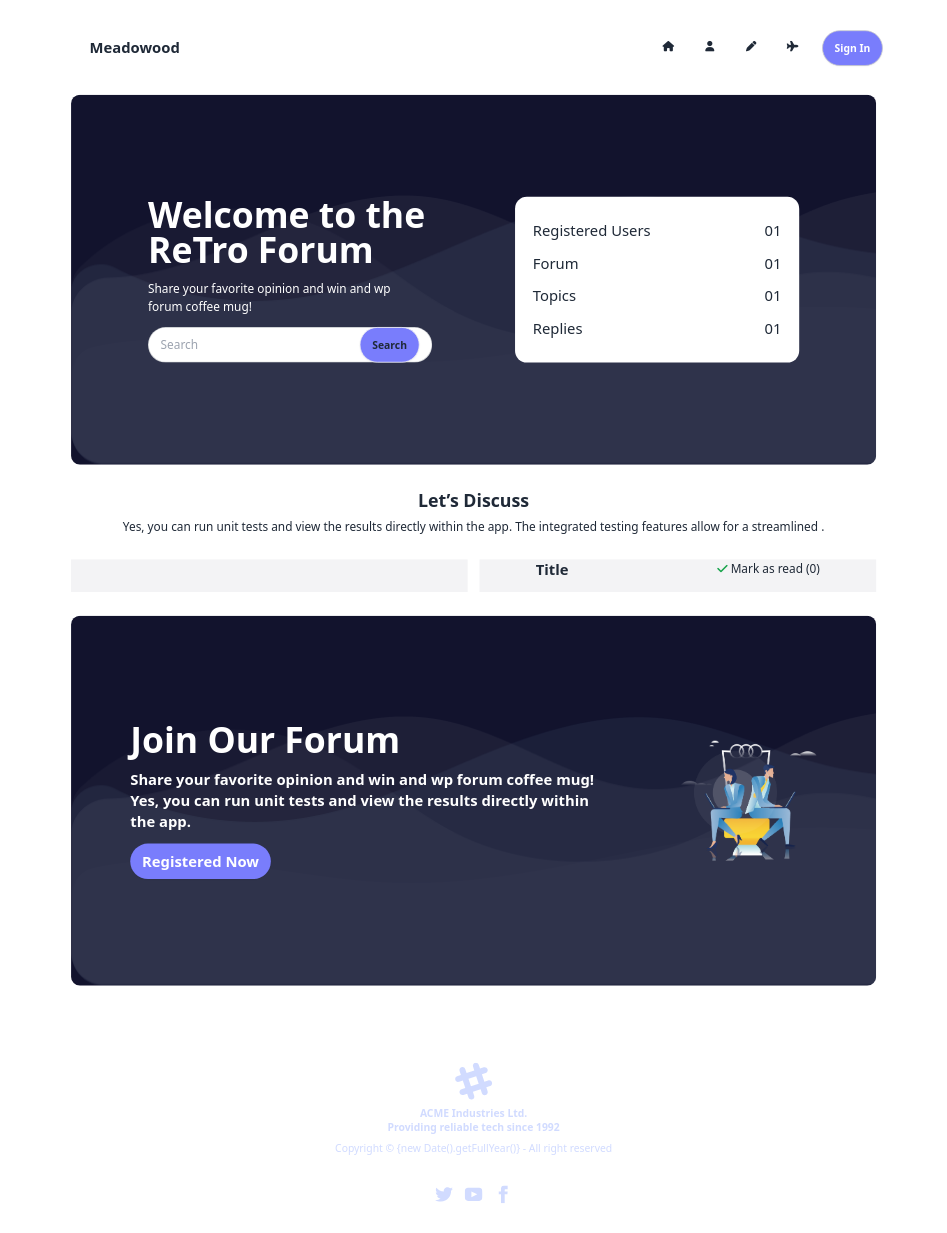
Repository: RudrasahaDibos/Meadowood-Forum
Page: index.html
An editor plug-in stored every save of this project. The page is shown before and after the next save, followed by the edit.
The browser window is 1280 px wide. The pictures show the whole page, at 74% of full size.
The page's requests for data from a server got no answer. Some web libraries are served in a nearby version.

Above is the page before, as saved 2024-11-25 11:12:47.

### index.html
<!DOCTYPE html>
<html lang="en">
    <head>
        <meta charset="UTF-8">
        <meta name="viewport" content="width=device-width, initial-scale=1.0">
        <title>Meadowood Forum</title>

        <!-- tailwind  -->
        <link
            href="https://cdn.jsdelivr.net/npm/daisyui@4.12.14/dist/full.min.css"
            rel="stylesheet" type="text/css" />
        <script src="https://cdn.tailwindcss.com"></script>

        <!-- font awesome  -->
        <link rel="stylesheet"
            href="https://cdnjs.cloudflare.com/ajax/libs/font-awesome/6.7.1/css/all.min.css"
            integrity="sha512-5Hs3dF2AEPkpNAR7UiOHba+lRSJNeM2ECkwxUIxC1Q/FLycGTbNapWXB4tP889k5T5Ju8fs4b1P5z/iB4nMfSQ=="
            crossorigin="anonymous" referrerpolicy="no-referrer" />

    </head>
    <body >
        <!-- header is start here  -->
        <header class="mt-8 container mx-auto lg:px-24 px-8">
            <!-- navbar is start here  -->
            <div class="navbar bg-base-100">
                <div class="flex-1">
                    <a class="btn btn-ghost text-xl">Meadowood</a>
                </div>
                <div class="flex-none">
                    <div class="dropdown dropdown-end mr-6">
                        <div role="button"
                            class="btn btn-ghost btn-circle flex w-full  ">
                            <div
                                class="indicator rounded-full border-1 h-8 w-8 mr-4 tooltip"
                                data-tip="home">
                                <i
                                    class="fa-solid fa-house h-5 w-5 mx-auto mt-2"></i>
                            </div>
                            <div
                                class="indicator rounded-full border-1 h-8 w-8 mr-4 tooltip"
                                data-tip="User">
                                <i
                                    class="fa-solid fa-user h-5 w-5 mx-auto mt-2"></i>
                            </div>
                            <div
                                class="indicator rounded-full border-1 h-8 w-8 mr-4 tooltip"
                                data-tip="pen">
                                <i
                                    class="fa-solid fa-pen h-5 w-5 mx-auto mt-2"></i>
                            </div>
                            <div
                                class="indicator rounded-full border-1 h-8 w-8 mr-4 tooltip"
                                data-tip="flight">
                                <i
                                    class="fa-solid fa-plane h-5 w-5 mx-auto mt-2"></i>
                            </div>
                        </div>

                    </div>
                    <div class="dropdown dropdown-end">
                        <div tabindex="0" role="button"
                            class="btn btn-ghost btn-circle avatar">

                            <button
                                class="btn btn-active bg-[#797DFC] text-white rounded-full ">Sign
                                In</button>

                        </div>
                        <ul
                            tabindex="0"
                            class="menu menu-sm dropdown-content bg-base-100 rounded-box z-[1] mt-3 w-52 p-2 shadow">
                            <li>
                                <a class="justify-between">
                                    Profile
                                    <span class="badge">New</span>
                                </a>
                            </li>
                            <li><a>Settings</a></li>
                            <li><a>Logout</a></li>
                        </ul>
                    </div>
                </div>
            </div>
            <!-- navbar is  end here  -->

            <!-- bannner start here  -->
            <div
                class="lg:w-full w-[450px] relative bg-no-repeat bg-cover h-[500px] z-0 rounded-xl overflow-hidden mt-8 bg-[#12132D]"
                style="background-image: url('/images/bgbanner.png');">
                <div
                    class="relative top-0 left-0 w-full h-full z-10  flex lg:flex-row flex-col justify-center items-center gap-28 ">

                    <div class="lg:space-y-4 space-y-2 lg:mt-0 mt-20">
                        <h2
                            class="lg:text-5xl text-xl font-extrabold font-manrope text-white">Welcome
                            to the <br> ReTro Forum</h2>
                        <p class="text-white">Share your favorite opinion and
                            win and wp <br> forum coffee mug!</p>
                        <label
                            class="input input-bordered flex items-center gap-2 w-96 rounded-full">
                            <input type="text" class="grow"
                                placeholder="Search" />
                            <button
                                class="btn bg-[#797DFC] rounded-full">Search</button>
                        </label>
                    </div>

                    <div
                        class="menu bg-[#FFFFFF] rounded-box w-96 h-56 lg:mb-0 mb-20">
                        <div class="p-4 space-y-4 mt-2 ">

                            <div class="flex justify-between"><a
                                    class="text-xl ">Registered Users</a><a
                                    class="text-xl ">01</a></div>
                            <div class="flex justify-between"><a
                                    class="text-xl ">Forum</a><a
                                    class="text-xl">01</a></div>
                            <div class="flex justify-between"><a
                                    class="text-xl ">Topics</a><a
                                    class="text-xl">01</a></div>
                            <div class="flex justify-between"><a
                                    class="text-xl ">Replies</a><a
                                    class="text-xl ">01</a></div>
                        </div>
                    </div>

                </div>
            </div>
            <!-- bannner end here  -->

        </header>
        <!-- header is end here  -->

        <!-- main is start here  -->
        <main class="container mx-auto lg:px-24 px-8">
            <!-- Let’s Discuss  starts here  -->
           <div class="ml-4 lg:ml-0">
            <h1 class="text-2xl text-center font-semibold mt-8">Let’s Discuss</h1>
            <p class="text-center mx-auto mt-2 ">Yes, you can run unit tests and view the results directly within
                the app. The integrated testing features allow for a streamlined
                .</p>
           </div>
            <!-- Let’s Discuss start here -->
            <section class="mt-8">
                <!-- card start here -->
                    <div class="flex gap-4 flex-col lg:flex-row  ">
                        <div  id="card-conatiner" class="space-y-4 bg-[#F3F3F5] lg:w-full  w-[450px]  ">


                        </div>

                        <!-- card ends here -->

                        <div class="space-y-4 bg-[#F3F3F5] lg:w-full w-96 flex flex-col  items-center ">
                             <div class="flex gap-4 justify-between w-96">
                                <p class="text-xl font-bold">Title</p>
                                <p ><i class="fa-solid fa-check text-green-600"></i> Mark as read (<span id="mark-read">0</span>)</p>
                             </div>
                            <div id="secondcard-container" class="space-y-4 bg-[#F3F3F5] lg:w-full  w-[450px] ">


                                 <div>

                                 </div>


                              </div>


                        </div>
                    </div>
                    <!-- card end here -->
            </section>

                 <!-- resgistart start here  -->
                       <section class="mt-8">
                        <div
                        class="lg:w-full w-[450px] relative bg-no-repeat bg-cover h-[500px] z-0 rounded-xl overflow-hidden mt-8 bg-[#12132D] p-20"
                        style="background-image: url('/images/bgbanner.png');">
                        <div
                            class="relative top-0 left-0 w-full h-full z-10  flex lg:flex-row flex-col justify-center items-center gap-28 ">

                            <div class="lg:space-y-4 space-y-2 lg:mt-0 mt-24">
                                <h2
                                    class="lg:text-5xl text-xl font-extrabold font-manrope text-white">Join Our Forum</h2>
                                <p class="text-white text-xl font-bold ">Share your favorite opinion and win and wp forum coffee mug! Yes, you can  run unit tests and view the results directly within the app. </p>


                                    <button
                                        class="btn bg-[#797DFC] rounded-full text-white border-none  mx-auto text-xl ">Registered Now</button>

                            </div>

                            <div
                                class="">
                                 <img src="images/joinforum.png" alt="">
                            </div>

                        </div>
                    </div>
                       </section>

                 <!-- registart end here -->

                <!-- latest card  startt here -->
                 <section class="mt-8">

                  <div id="latest-card" class="grid lg:grid-cols-3 grid-cols-1">

                  </div>
                 </section>

                <!-- latest crd end here -->


        </main>
        <!-- main is end here  -->

        <!-- footer is start here  -->
        <footer class="footer footer-center bg- text-primary-content p-10 mt-8">
            <aside>
              <svg
                width="50"
                height="50"
                viewBox="0 0 24 24"
                xmlns="http://www.w3.org/2000/svg"
                fill-rule="evenodd"
                clip-rule="evenodd"
                class="inline-block fill-current">
                <path
                  d="M22.672 15.226l-2.432.811.841 2.515c.33 1.019-.209 2.127-1.23 2.456-1.15.325-2.148-.321-2.463-1.226l-.84-2.518-5.013 1.677.84 2.517c.391 1.203-.434 2.542-1.831 2.542-.88 0-1.601-.564-1.86-1.314l-.842-2.516-2.431.809c-1.135.328-2.145-.317-2.463-1.229-.329-1.018.211-2.127 1.231-2.456l2.432-.809-1.621-4.823-2.432.808c-1.355.384-2.558-.59-2.558-1.839 0-.817.509-1.582 1.327-1.846l2.433-.809-.842-2.515c-.33-1.02.211-2.129 1.232-2.458 1.02-.329 2.13.209 2.461 1.229l.842 2.515 5.011-1.677-.839-2.517c-.403-1.238.484-2.553 1.843-2.553.819 0 1.585.509 1.85 1.326l.841 2.517 2.431-.81c1.02-.33 2.131.211 2.461 1.229.332 1.018-.21 2.126-1.23 2.456l-2.433.809 1.622 4.823 2.433-.809c1.242-.401 2.557.484 2.557 1.838 0 .819-.51 1.583-1.328 1.847m-8.992-6.428l-5.01 1.675 1.619 4.828 5.011-1.674-1.62-4.829z"></path>
              </svg>
              <p class="font-bold">
                ACME Industries Ltd.
                <br />
                Providing reliable tech since 1992
              </p>
              <p>Copyright © {new Date().getFullYear()} - All right reserved</p>
            </aside>
            <nav>
              <div class="grid grid-flow-col gap-4">
                <a>
                  <svg
                    xmlns="http://www.w3.org/2000/svg"
                    width="24"
                    height="24"
                    viewBox="0 0 24 24"
                    class="fill-current">
                    <path
                      d="M24 4.557c-.883.392-1.832.656-2.828.775 1.017-.609 1.798-1.574 2.165-2.724-.951.564-2.005.974-3.127 1.195-.897-.957-2.178-1.555-3.594-1.555-3.179 0-5.515 2.966-4.797 6.045-4.091-.205-7.719-2.165-10.148-5.144-1.29 2.213-.669 5.108 1.523 6.574-.806-.026-1.566-.247-2.229-.616-.054 2.281 1.581 4.415 3.949 4.89-.693.188-1.452.232-2.224.084.626 1.956 2.444 3.379 4.6 3.419-2.07 1.623-4.678 2.348-7.29 2.04 2.179 1.397 4.768 2.212 7.548 2.212 9.142 0 14.307-7.721 13.995-14.646.962-.695 1.797-1.562 2.457-2.549z"></path>
                  </svg>
                </a>
                <a>
                  <svg
                    xmlns="http://www.w3.org/2000/svg"
                    width="24"
                    height="24"
                    viewBox="0 0 24 24"
                    class="fill-current">
                    <path
                      d="M19.615 3.184c-3.604-.246-11.631-.245-15.23 0-3.897.266-4.356 2.62-4.385 8.816.029 6.185.484 8.549 4.385 8.816 3.6.245 11.626.246 15.23 0 3.897-.266 4.356-2.62 4.385-8.816-.029-6.185-.484-8.549-4.385-8.816zm-10.615 12.816v-8l8 3.993-8 4.007z"></path>
                  </svg>
                </a>
                <a>
                  <svg
                    xmlns="http://www.w3.org/2000/svg"
                    width="24"
                    height="24"
                    viewBox="0 0 24 24"
                    class="fill-current">
                    <path
                      d="M9 8h-3v4h3v12h5v-12h3.642l.358-4h-4v-1.667c0-.955.192-1.333 1.115-1.333h2.885v-5h-3.808c-3.596 0-5.192 1.583-5.192 4.615v3.385z"></path>
                  </svg>
                </a>
              </div>
            </nav>
          </footer>
        <!-- footer is end here  -->
         <script src="app.js"></script>
    </body>
</html>

### app.js
const loadforum = async() =>{
    const res = await fetch('https://openapi.programming-hero.com/api/retro-forum/posts')
    const data =await res.json()
    const CardContainer = document.getElementById('card-conatiner')

    data.posts.forEach(items => {
        console.log(items)
         const div = document.createElement('div')
         div.classList = `card card-side bg-base-100 shadow-xl`
         div.innerHTML =`
                                         <div class="avatar indicator">

                                           <span class="indicator-item ml-16 mt-4  indicator-start badge badge-secondary">${items.isActive === false}</span>
                                        <div class="lg:h-20 lg:ml-2 lg:mt-3 lg:w-full lg:mx-auto lg:rounded-3xl rounded-full h-20 ">
                                          <img
                                            alt="Tailwind CSS examples"
                                            src="${items.image}" />
                                        </div>
                                      </div>

                                <div class="card-body">
                                    <div class="flex justify-between">
                                        <p>#${items.category}</p>
                                        <p>Author : ${items.author.name}</p>
                                    </div>
                                  <h2 class="card-title">${items.title}</h2>
                                  <p>${items.description}</p>
                                   <p class="border-2 border-dotted "></p>
                                    <div class="flex justify-between">
                                        <div class="flex gap-4 ">
                                       <p class="flex justify-center items-center gap-2"><i class="fa-regular fa-message"></i>${items.comment_count}</p>
                                        <p class="flex justify-center items-center gap-2"><i class="fa-regular fa-eye"></i>${items.posted_time}</p>
                                        <p class="flex justify-center items-center gap-2"><i class="fa-regular fa-compass"></i>${items.view_count}</p>
                                        </div>
                                        <div class=" bg-green-600 h-10 w-10 rounded-full">
                                        <button onClick="handledetails('${items.title}','${items.view_count}')"><i class="fa-solid fa-envelope text-white flex justify-center items-center ml-3 mt-3"></i> </button>

                                        </div>
                                    </div>

                                </div>


         `
         CardContainer.appendChild(div)
    });
}

  const handledetails = async(title,view_count) =>{
    const Cart = getValueElementById('mark-read')
    const totalCart = Cart +1
    setInnerText('mark-read',totalCart)


    const secondcard = document.getElementById('secondcard-container')
        const div = document.createElement('div')
        div.classList = `card  bg-base-100 shadow-xl`
        div.innerHTML = `


                                <div class="card-body flex mx-auto justify-between">
                                   <div>
                                      <h2 class="">${title}</h2>
                                 </div>
                                    <div>
                                        <p class=""><i class="fa-regular fa-eye">${view_count}</i></p>
                                 </div>


                                </div>

        `
        secondcard.appendChild(div)


  }


  function setInnerText(id,value){
    document.getElementById(id).innerText = value
  }

  function getValueElementById(id){
    const getvalueText = document.getElementById(id).innerText
    const getValueint = parseInt(getvalueText)
    return getValueint
   }
   const loadletest = async() =>{
       const res = await fetch(' https://openapi.programming-hero.com/api/retro-forum/latest-posts')
       const data = await res.json()

       const latestCard = document.getElementById('latest-card')
       data.forEach(items => {
        console.log(items)
          const div = document.createElement('div')
          div.classList =`card bg-base-100 w-96 shadow-xl`
          div.innerHTML=`
                             <figure class="px-10 pt-10">
                            <img
                              src="${items.cover_image}"
                              alt=""
                              class="rounded-xl" />
                          </figure>

                          <div class="card-body ">
                          <h2 class="flex items-center  gap-4"><i class="fa-solid fa-calendar-days"></i>${items.author.posted_date || 'No publish date'}</h2>
                            <h2 class="card-title">${items.title}</h2>
                            <p>${items.description}</p>
                            <div class="navbar bg-base-100">

                    <div class="flex-none gap-2">
                        <div class="dropdown dropdown-end">
                            <div tabindex="0" role="button" class="btn btn-ghost btn-circle avatar">
                              <div class="w-10 rounded-full">
                                <img
                                  alt="Tailwind CSS Navbar component"
                                  src="${items.profile_image}" />
                              </div>
                            </div>

                          </div>

                           <div class="">
                              <h2 class="text-2xl text-black font-bold">${items.author.name}</h2>
                              <span>${items.author.designation || "Unknown"}</span>
                           </div>

                    </div>
                  </div>
                          </div>
          `
          latestCard.appendChild(div)
       });
   }


loadforum()
loadletest()

After the next save:
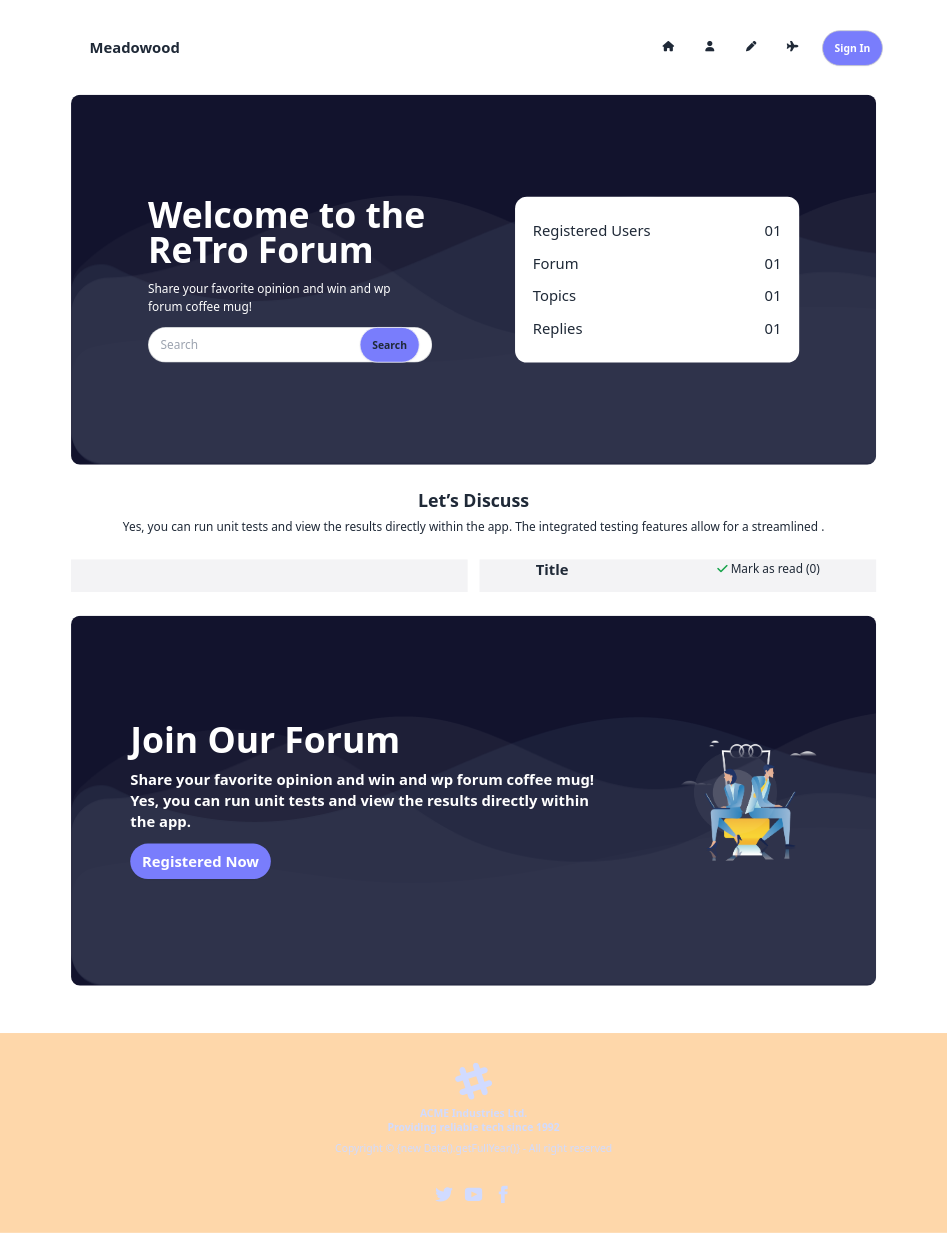
Saved 14 s later.
--- a/index.html
+++ b/index.html
@@ -217,7 +217,7 @@
         <!-- main is end here  -->
 
         <!-- footer is start here  -->
-        <footer class="footer footer-center bg- text-primary-content p-10 mt-8">
+        <footer class="footer footer-center bg-orange-200 text-primary-content p-10 mt-8">
             <aside>
               <svg
                 width="50"

After the save that followed:
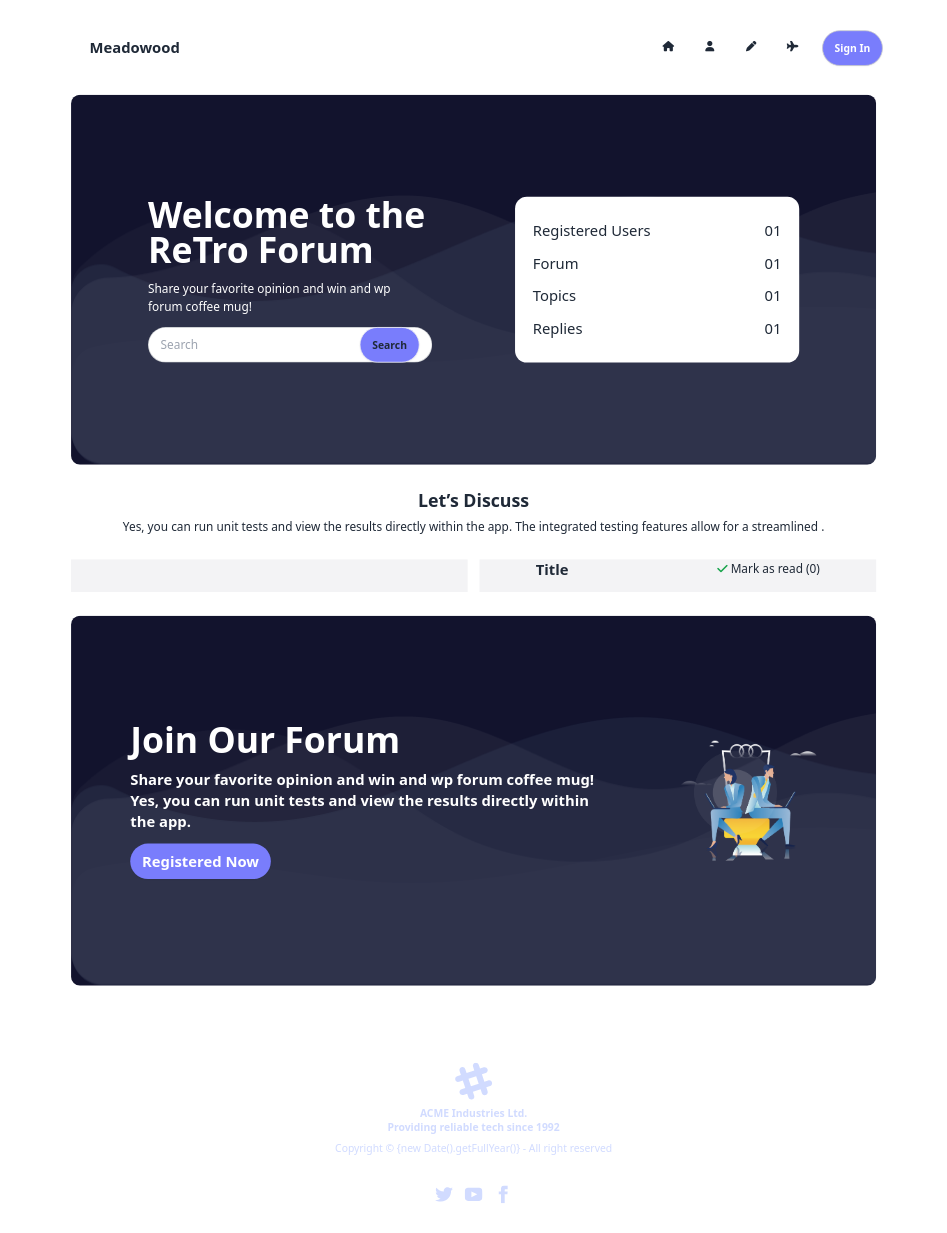
Saved 13 s later.
--- a/index.html
+++ b/index.html
@@ -217,7 +217,7 @@
         <!-- main is end here  -->
 
         <!-- footer is start here  -->
-        <footer class="footer footer-center bg-orange-200 text-primary-content p-10 mt-8">
+        <footer class="footer footer-center bg- text-primary-content p-10 mt-8">
             <aside>
               <svg
                 width="50"
